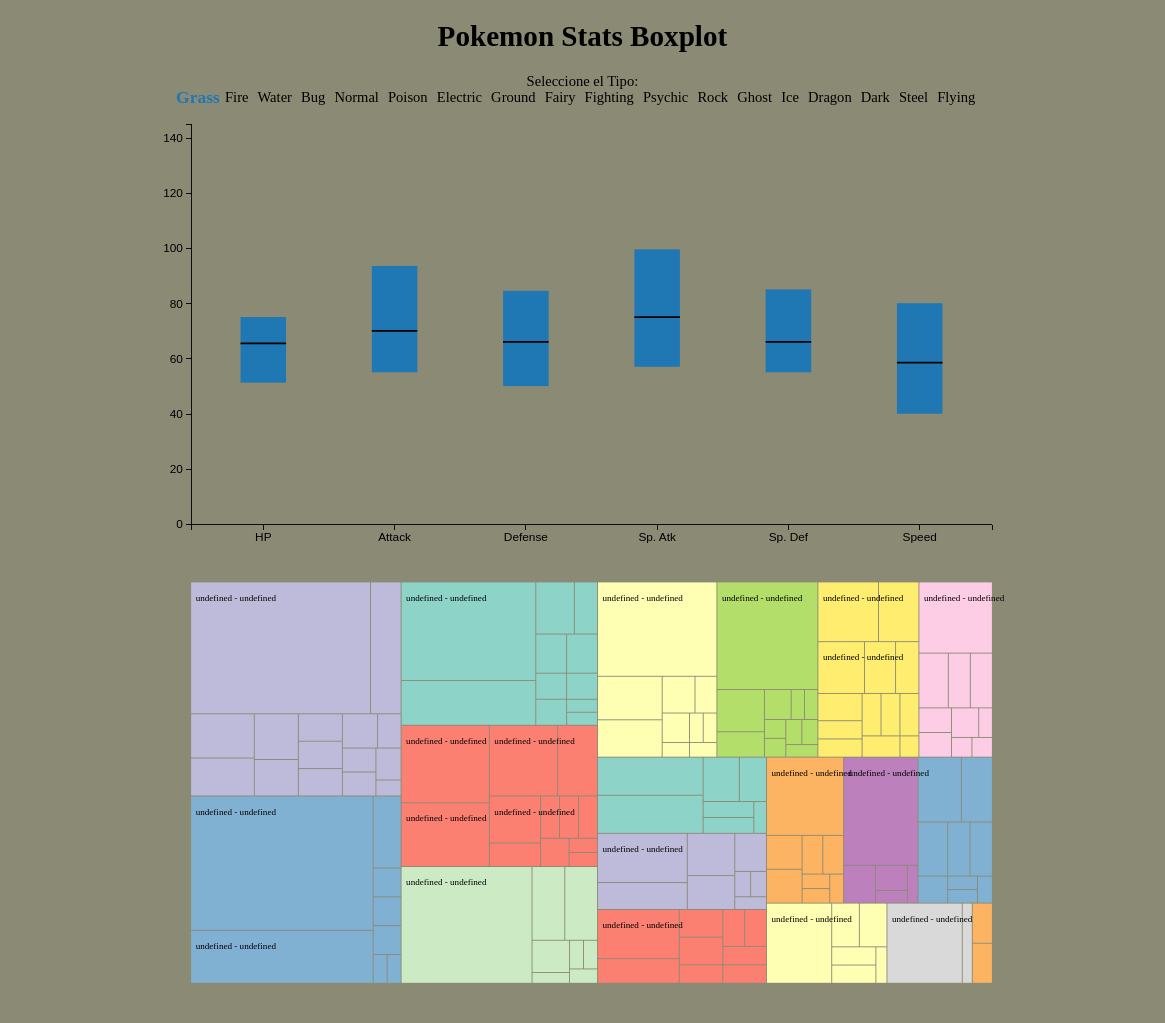
Repository: Cartterr/Proyecto-VisInfo
Page: Propuesta1_Tipos_Cajas.html
These files come from the project's save history. The page is drawn as it stood at one moment and after the next save; the edit follows.
The browser window is 1280 px wide. The pictures show the whole page, at 91% of full size.

Above is the page before, as saved 2023-06-28 03:14:08.

After the next save:
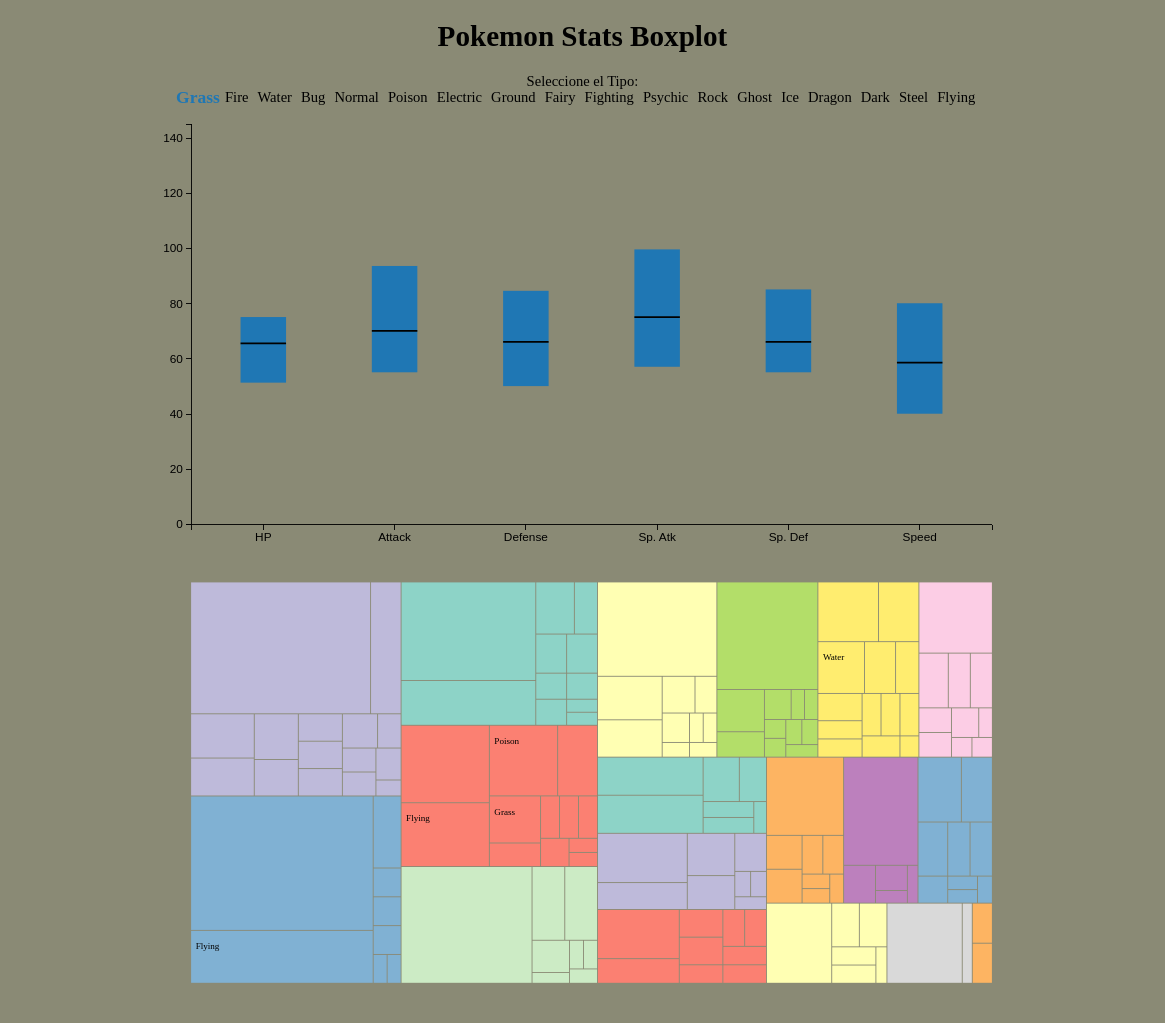
Saved 8 s later.
--- a/Propuesta1_Tipos_Cajas.js
+++ b/Propuesta1_Tipos_Cajas.js
@@ -145,7 +145,7 @@
             updateBoxPlot(selectedType);
         });
 
-        svgTreemap.selectAll("text")
+    svgTreemap.selectAll("text")
         .data(root.leaves())
         .enter()
         .append("text")
@@ -154,7 +154,7 @@
         .text(d => {
             // This will avoid placing text on too small rectangles
             if ((d.x1 - d.x0) > 50 && (d.y1 - d.y0) > 50) {
-                return d.data["Type 1"] + " - " + d.data["Type 2"];
+                return d.data.name; // show Type 2
             }
         });
 

After the save that followed:
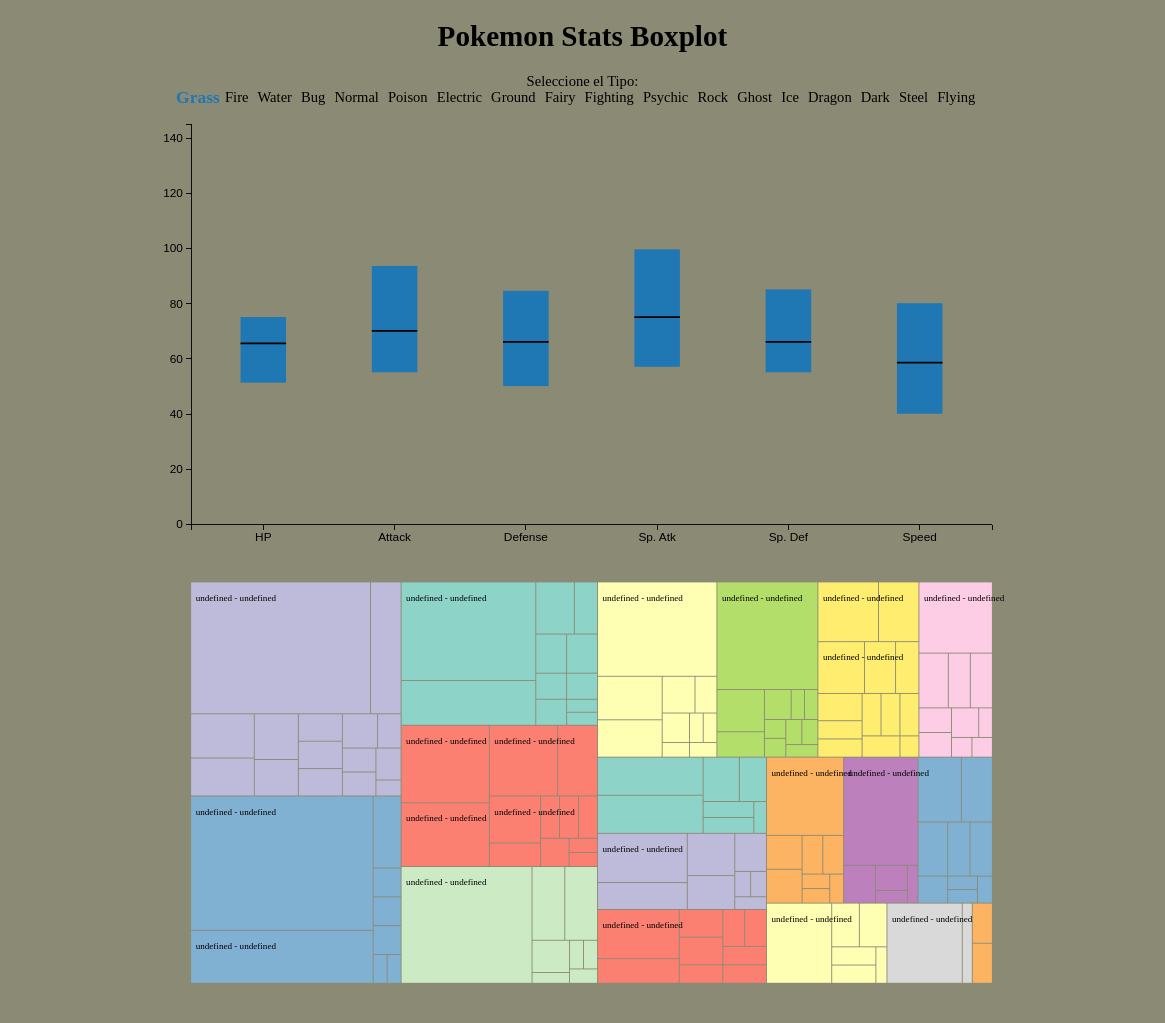
Saved 29 s later.
--- a/Propuesta1_Tipos_Cajas.js
+++ b/Propuesta1_Tipos_Cajas.js
@@ -154,7 +154,7 @@
         .text(d => {
             // This will avoid placing text on too small rectangles
             if ((d.x1 - d.x0) > 50 && (d.y1 - d.y0) > 50) {
-                return d.data.name; // show Type 2
+                return d.data["Type 1"] + " - " + d.data["Type 2"];
             }
         });
 
